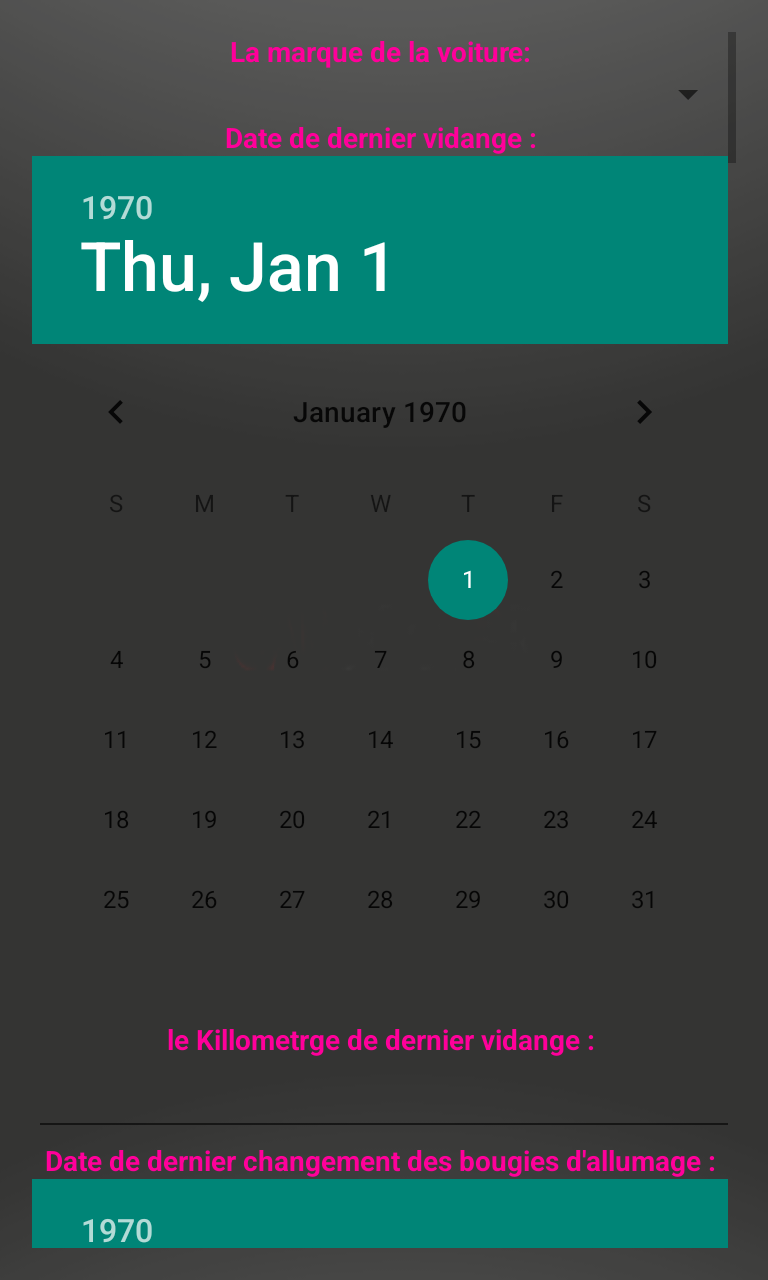
Repository: TrifiAmanallah/Car-Doctor-app
Layout: Car_Doctor v.9/Car_Doctor/res/layout/activity_formulaire.xml
These files come from the project's save history. The layout is drawn as it stood at one moment and after the next save; the edit follows.
It is drawn on a 768 x 1280 px phone screen (xhdpi) without system bars, with theme AppTheme; the app's code is not run.

Above is the layout before, as saved 2015-02-27 19:30:05.

After the next save:
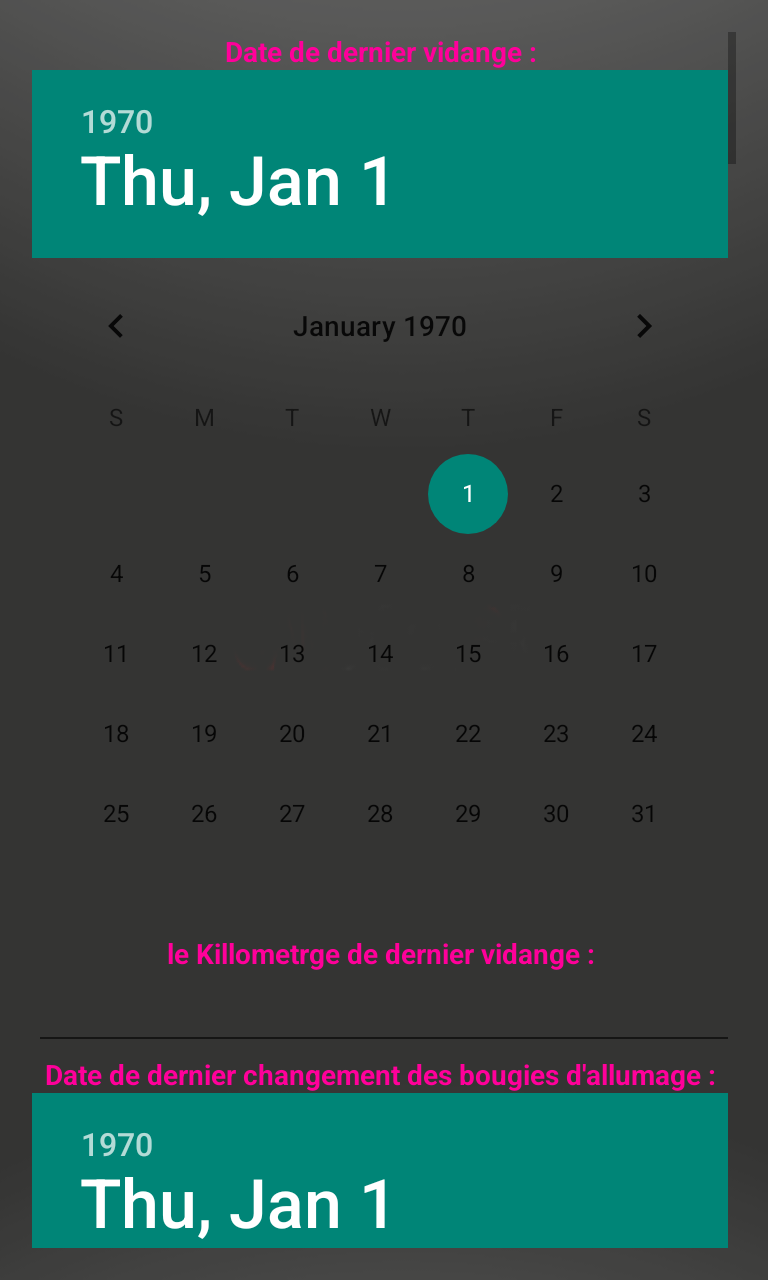
Saved 33 s later.
--- a/Car_Doctor v.9/Car_Doctor/res/layout/activity_formulaire.xml
+++ b/Car_Doctor v.9/Car_Doctor/res/layout/activity_formulaire.xml
@@ -20,18 +20,7 @@
             android:orientation="vertical" >
 
 
-<TextView
-android:layout_width="fill_parent"
-android:layout_height="wrap_content"
-android:text="La marque de la voiture: "
-android:textStyle="bold"
-android:textColor="#ff009a"
-android:gravity="center"
-/>
-<Spinner
-    android:id="@+id/Marks_spinner"
-    android:layout_width="fill_parent"
-    android:layout_height="wrap_content" />
+
 <TextView
 android:layout_width="fill_parent"
 android:layout_height="wrap_content"
